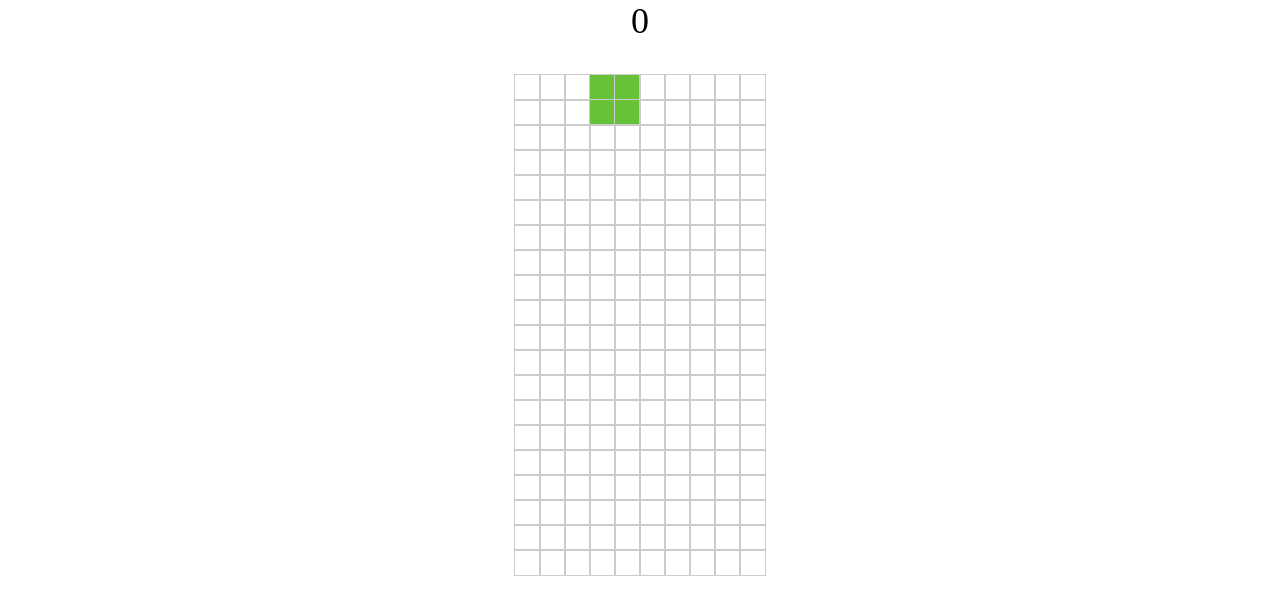
Repository: chlwpdnswku/tetris
Page: index.html
An editor plug-in stored every save of this project. The page is shown before and after the next save, followed by the edit.
The browser window is 1280 px wide. The pictures show the whole page.

Above is the page before, as saved 2022-12-12 01:52:14.

### index.html
<!DOCTYPE html>
<html lang="en">

<head>
    <meta charset="UTF-8">
    <meta http-equiv="X-UA-Compatible" content="IE=edge">
    <meta name="viewport" content="width=device-width, initial-scale=1.0">
    <link rel="stylesheet" href="style.css">
    <title>Document</title>

</head>

<body>
    <div class="wrapper">
        <div class="score">0</div>
        <div class="playground">
            <!-- ul  -->
            <ul></ul>
        </div>

    </div>

    <script src="script.js"></script>
</body>

</html>

### style.css
* {
  margin: 0;
  padding: 0;
}
ul {
  list-style: none;
}
body {
  height: 100%;
  overflow: hidden;
}
.score {
  text-align: center;
  font-size: 36px;
  margin-bottom: 2rem;
}
.playground > ul {
  border: 1px solid #333;
  width: 250px;
  margin: 0 auto;
}
.playground > ul > li {
  width: 100%;
  height: 25%;
}

.playground > ul > li > ul {
  display: flex;
}
.playground > ul > li > ul > li {
  width: 25px;
  height: 25px;
  outline: 1px solid #ccc;
}
.tree {
  background: #67c23a;
}

### script.js
// DOM element
const playground = document.querySelector('.playground > ul');

// console.log(playground);

// setting
const GAME_ROWS = 20;
const GAME_COLS = 10;

// variables
let score = 0;
let duration = 500;
let downInterval;
let tempMovingItem;

// 좌료를 바꾸면 모양이 바뀐다.
const BLOCKS = {
  tree: [
    [
      [0, 0],
      [0, 1],
      [1, 0],
      [1, 1],
    ],
    [],
    [],
    [],
  ],
};

const movingItem = {
  type: 'tree',
  direction: 0,
  top: 0,
  left: 3,
};

// functions

init();
// 맨처음 시작하는 함수 10개의 20개의 줄을 저장
function init() {
  // 값만 가져와서 넣어줌
  tempMovingItem = { ...movingItem };
  //   movingItem.left = 3;
  //   console.log(tempMovingItem);
  for (let i = 0; i < GAME_ROWS; i++) {
    prependNewLine();
  }
  renderBlocks();
}

//
function prependNewLine() {
  const li = document.createElement('li');
  const ul = document.createElement('ul');

  for (let j = 0; j < GAME_COLS; j++) {
    const matrix = document.createElement('li');
    // ul -> li
    ul.prepend(matrix);
  }
  li.prepend(ul);
  playground.prepend(li);
}

function renderBlocks() {
  const { type, direction, top, left } = tempMovingItem;
  //   console.log(BLOCKS[type][direction]);

  const movingBlocks = document.querySelectorAll('.moving');

  //   4개의 무빙이 찍힘
  movingBlocks.forEach((moving) => {
    // 이러면 css에의해서 트리 클래스가없는 애들은 빈값이됨
    moving.classList.remove(type, 'moving');
    // console.log(moving);
  });

  // 즉 forEach 문으로
  BLOCKS[type][direction].forEach((block) => {
    const x = block[0] + left;
    const y = block[1] + top;
    // console.log({ playground });
    // ul안에 chileNodes ->이렇게 가는거임 0번은 li임
    // target은 tree 클래스 부여 즉 tree를  class를 줘서 css 를 변경?
    const target = playground.childNodes[y].childNodes[0].childNodes[x];
    // console.log(target);
    // 여기가 보여주는거네
    target.classList.add(type, 'moving');
  });

  //   console.log(type, direction, top, left);
}

// 인자들을 받고
function moveBlock(moveType, amount) {
  // left를 바꿔줌 이게 증가함에 따라 움직임 하지만 색칠이됨 이동하고
  // 남은 클래스 부분들을삭제를해야됨
  tempMovingItem[moveType] += amount;
  renderBlocks();
}

// 이벤트 핸들링 키를 움직이면 이벤트 객체가 생김 keyCode를 이용해서 각각의 함수를 실행을 시킬거임
document.addEventListener('keydown', (e) => {
  switch (e.keyCode) {
    case 39:
      moveBlock('left', 1);
      break;
    case 37:
      moveBlock('left', -1);
      break;
    case 40:
      moveBlock('top', 1);
      break;
    default:
      break;
  }
  //   console.log(e);
});

After the next save:
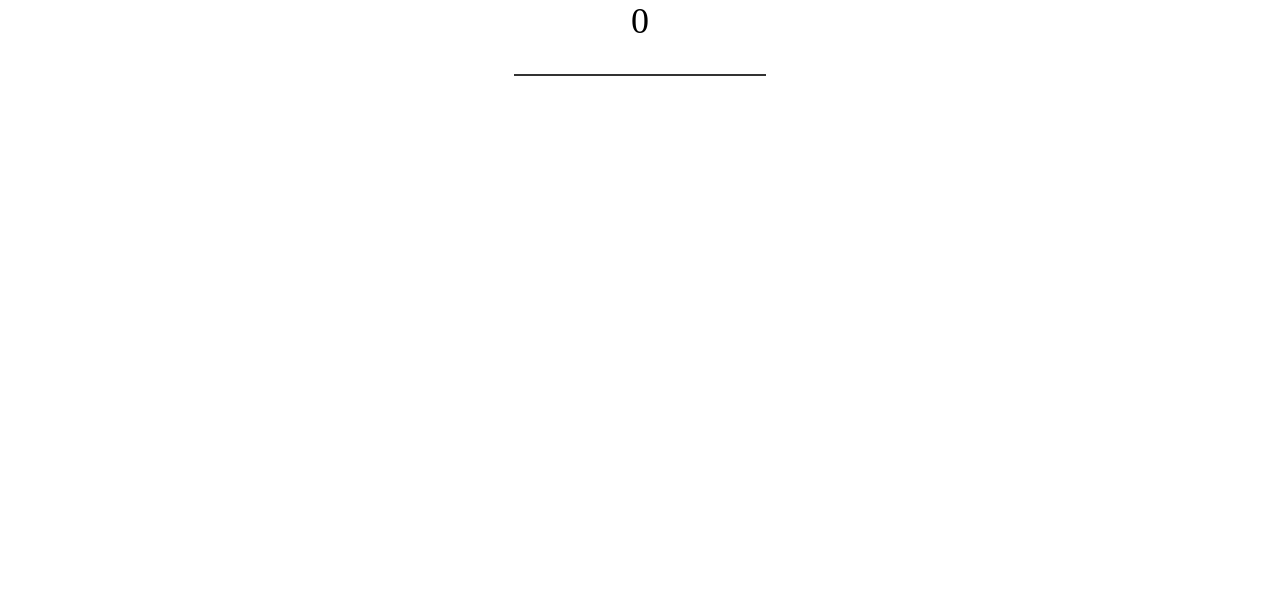
Console error: SyntaxError: Unexpected token 'default'
Saved 5 s later.
--- a/script.js
+++ b/script.js
@@ -113,6 +113,7 @@
     case 40:
       moveBlock('top', 1);
       break;
+    case
     default:
       break;
   }

After the save that followed:
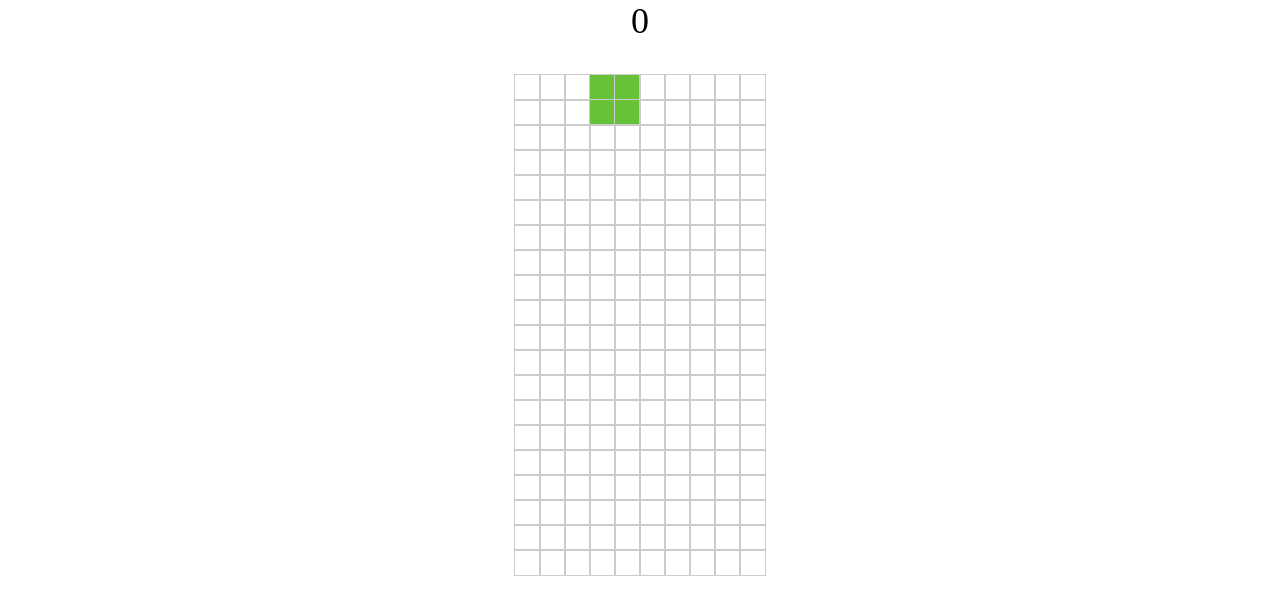
The error is gone.
Saved 10 s later.
--- a/script.js
+++ b/script.js
@@ -113,7 +113,6 @@
     case 40:
       moveBlock('top', 1);
       break;
-    case
     default:
       break;
   }
